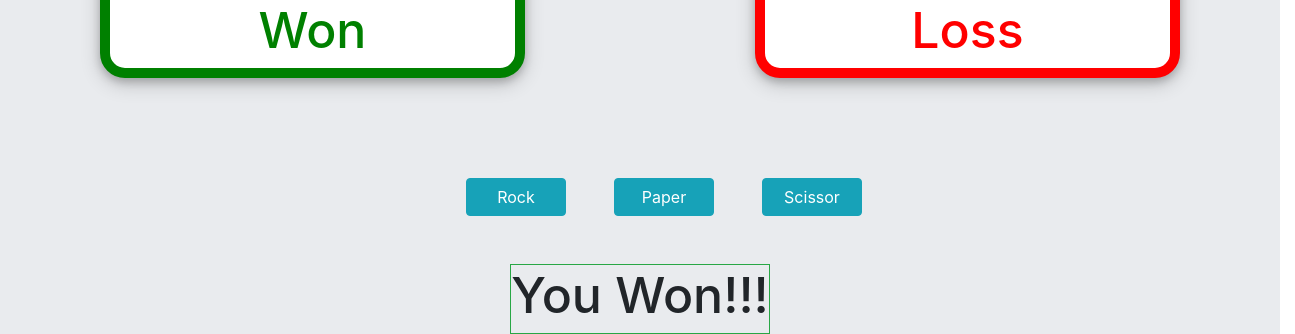
Repository: tts2610/React-Intro
Page: /
An editor plug-in stored every save of this project. The page is shown before and after the next save, followed by the edit.
The browser window is 1280 px wide. The page is 1295 px wide, so the pictures cover 1295 px, including what lies to the right of the window. The pictures show the part of the page from y = 428 to 943 px (the page is 762 px tall before and 943 px after).
Some web libraries are served in a nearby version. The project was rebuilt for these pictures with package versions that can differ from the ones it lists, and the page was loaded fresh each time.

Above is the page before, as saved 2020-05-26 22:41:31.

After the next save:
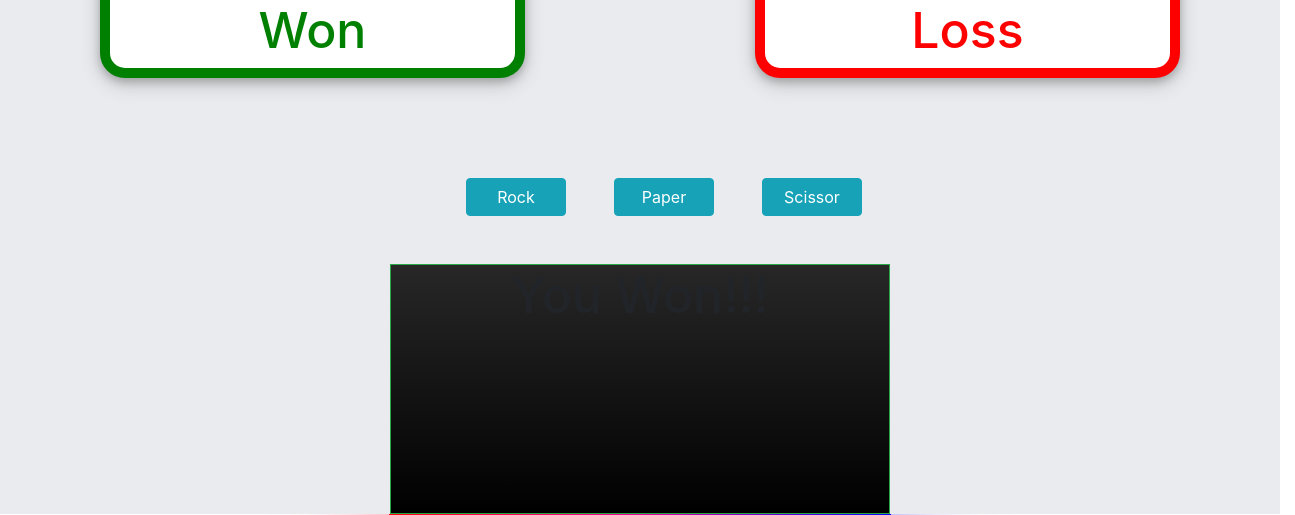
Saved 8 s later.
--- a/src/App.js
+++ b/src/App.js
@@ -71,7 +71,7 @@ export default class App extends Component{
         <Button type="paper" handleClick={this.handleClick}/>
         <Button type="scissor" handleClick={this.handleClick}/>
         </div>
-        <div className="row border border-success result mt-5 mx-auto">
+        <div className="row border border-success result mt-5 mx-auto block">
         <Result result={[this.state.me.winner,this.state.computer.winner]}/>
         </div>
       </div>
